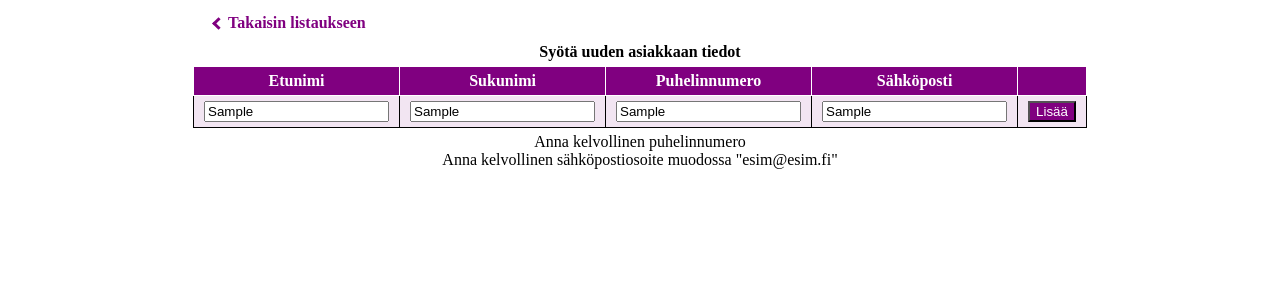
Repository: JerriMakila/Etatehtavat7
Page: http://localhost/Asiakkaat/lisaaasiakas.jsp
The author's editor kept a copy of each file at every save. The page is drawn from the files as they stood at one save, then again after the next save.
The browser window is 1280 px wide. The pictures show the whole page.
Empty fields were first filled with sample values (such as "Sample", 5 or name@example.com).
After loading, the first visible `#tallenna` was clicked once.
The page is served by Tomcat 9.

Above is the page before, as saved 2020-11-30 12:17:22.

After the next save:
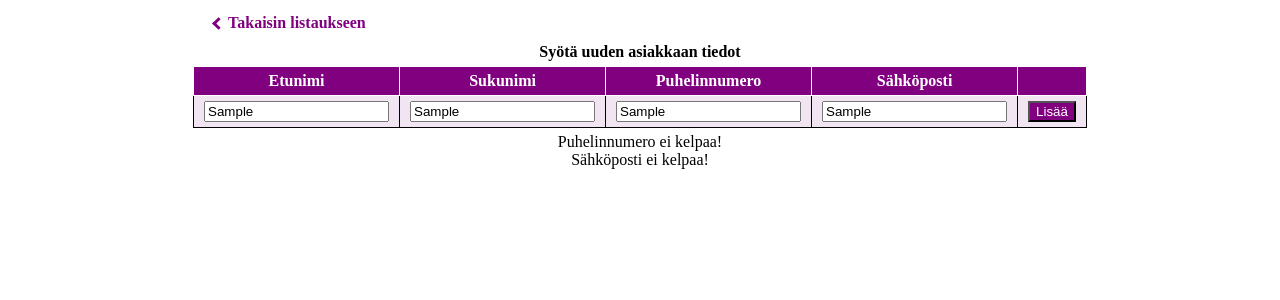
Saved 68 min 9 s later.
--- a/Asiakkaat/WebContent/lisaaasiakas.jsp
+++ b/Asiakkaat/WebContent/lisaaasiakas.jsp
@@ -41,6 +41,7 @@
 <div id="ilmo"></div>
 </body>
 <script>
+//'[+]?[0-9]{2,3}[-]?[0-9]{7,9}'
 
 var tekstikentat = document.querySelectorAll(".data-input");
 
@@ -48,35 +49,19 @@ for(i=0; i<tekstikentat.length; i++){
 	tekstikentat[i].addEventListener("keypress", function(event){
 		if (event.keyCode === 13) {
 			event.preventDefault();
-		    document.getElementById("tallenna").click();
+		    //document.getElementById("tallenna").click();
 		}
 	});
 }
 
 function lisaaTiedot(){
-	if(tarkastaKentat()){
-		document.getElementById("etunimi").value = document.getElementById("etunimi").value.trim();
-		document.getElementById("sukunimi").value = document.getElementById("sukunimi").value.trim();
-		document.getElementById("puhelin").value = document.getElementById("puhelin").value.trim();
-		document.getElementById("sposti").value = document.getElementById("sposti").value.trim();
-		var formJsonStr = formDataToJSON(document.getElementById("tiedot"));
+	var onkoOikein = tarkastaKentat();
 
-		fetch("asiakkaat",{
-		      method: 'POST',
-		      body:formJsonStr
-		    })
-		.then( function (response) {
-			return response.json()
-		})
-		.then( function (responseJson) {
-			var vastaus = responseJson.response;
-			if(vastaus==0){
-				document.getElementById("ilmo").innerHTML= "Asiakkaan lisääminen epäonnistui";
-	      	}else if(vastaus==1){
-	      		document.getElementById("ilmo").innerHTML= "Asiakkaan lisääminen onnistui";
-			}
-		});
-		document.getElementById("tiedot").reset();
+	if(onkoOikein){
+		document.getElementById("etunimi").value=document.getElementById("etunimi").value.trim();
+		document.getElementById("sukunimi").value=siivoa(document.getElementById("sukunimi").value);
+		document.getElementById("malli").value=siivoa(document.getElementById("malli").value);
+		document.getElementById("vuosi").value=siivoa(document.getElementById("vuosi").value);
 	}
 }
 
@@ -86,53 +71,59 @@ function tarkastaKentat(){
 	var nimiPattern = /^[a-zåäöA-ZÅÄÖ]{1,50}$/;
 	var puhelinPattern = /^[+]?[0-9]{2,3}[-]?[0-9]{7,9}$/;
 	var spostiPattern = /^[a-zA-Z]{1,}[\.]{0,1}[a-zA-Z]{0,}[@]{1}[a-zA-Z]{1,}[\.]{1}[a-zA-Z]{1,}$/;
-	var ilmo;
 
 	if(!nimiPattern.test(document.getElementById("etunimi").value)){
-		if(document.getElementById("etunimi").value.length > 50){
-			ilmo = "Nimen enimmäispituus on 50 merkkiä";
-		} else if(document.getElementById("etunimi").value.trim() == ""){
-			ilmo = "Etunimi on pakollinen tieto";
-		} else {
-			ilmo = "Nimi voi sisältää vain kirjaimia a-ö";
-		}
-		document.getElementById("ilmo").innerHTML += "<div>" + ilmo + "</div>";
+		document.getElementById("ilmo").innerHTML = "<div>Etunimi ei kelpaa!</div>";
 		paluuarvo = false;
 	}
 
 	if(!nimiPattern.test(document.getElementById("sukunimi").value)){
-		if(document.getElementById("sukunimi").value.length > 50){
-			ilmo = "Nimen enimmäispituus on 50 merkkiä";
-		} else if(document.getElementById("etunimi").value.trim() == ""){
-			ilmo = "Sukunimi on pakollinen tieto";
-		} else {
-			ilmo = "Nimi voi sisältää vain kirjaimia a-ö";
-		}
-
-		document.getElementById("ilmo").innerHTML += "<div>" + ilmo + "</div>";
+		document.getElementById("ilmo").innerHTML += "<div>Sukunimi ei kelpaa!</div>";
 		paluuArvo = false;
 	}
 
 	if(!puhelinPattern.test(document.getElementById("puhelin").value)){
-		document.getElementById("ilmo").innerHTML += "<div>Anna kelvollinen puhelinnumero</div>";
+		document.getElementById("ilmo").innerHTML += "<div>Puhelinnumero ei kelpaa!</div>";
 		paluuArvo = false;
 	}
 
 	if(!spostiPattern.test(document.getElementById("sposti").value)){
-		if(document.getElementById("sposti").value.length > 100){
-			ilmo = "Sähköpostin enimmäispituus on 100 merkkiä"
-		} else {
-			ilmo = "Anna kelvollinen sähköpostiosoite muodossa \"esim@esim.fi\"";
-		}
-
-		document.getElementById("ilmo").innerHTML += "<div>" + ilmo + "</div>";
+		document.getElementById("ilmo").innerHTML += "<div>Sähköposti ei kelpaa!</div>";
 		paluuArvo = false;
-	} else if(document.getElementById("sposti").value.length > 100){
-		document.getElementById("ilmo").innerHTML += "<div>Sähköposti voi olla maksimissaan 100 merkkiä pitkä</div>";
 	}
 
 	return paluuArvo;
 }
 
+/*if(ilmo!=""){
+		document.getElementById("ilmo").innerHTML=ilmo;
+		setTimeout(function(){ document.getElementById("ilmo").innerHTML=""; }, 3000);
+		return;
+	}
+	document.getElementById("rekNo").value=siivoa(document.getElementById("rekNo").value);
+	document.getElementById("merkki").value=siivoa(document.getElementById("merkki").value);
+	document.getElementById("malli").value=siivoa(document.getElementById("malli").value);
+	document.getElementById("vuosi").value=siivoa(document.getElementById("vuosi").value);
+
+	var formJsonStr=formDataToJSON(document.getElementById("tiedot")); //muutetaan lomakkeen tiedot json-stringiksi
+	//Lähetään uudet tiedot backendiin
+	fetch("autot",{//Lähetetään kutsu backendiin
+	      method: 'POST',
+	      body:formJsonStr
+	    })
+	.then( function (response) {//Odotetaan vastausta ja muutetaan JSON-vastaus objektiksi
+		return response.json()
+	})
+	.then( function (responseJson) {//Otetaan vastaan objekti responseJson-parametrissä
+		var vastaus = responseJson.response;
+		if(vastaus==0){
+			document.getElementById("ilmo").innerHTML= "Auton lisääminen epäonnistui";
+      	}else if(vastaus==1){
+      		document.getElementById("ilmo").innerHTML= "Auton lisääminen onnistui";
+		}
+		setTimeout(function(){ document.getElementById("ilmo").innerHTML=""; }, 5000);
+	});
+	document.getElementById("tiedot").reset(); //tyhjennetään tiedot -lomake*/
+
 </script>
 </html>
